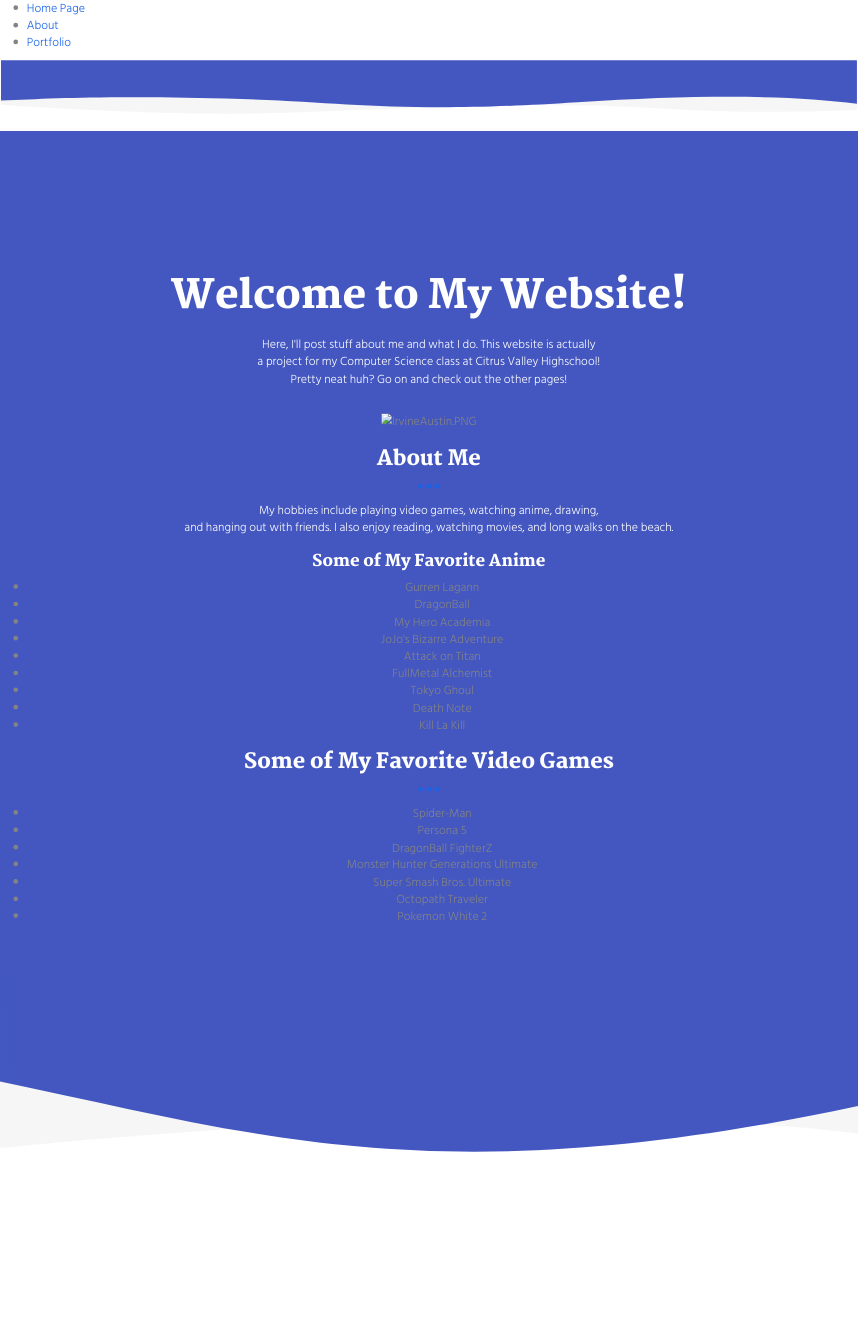
Repository: AustinIrvine02/CharlesX.github.io
Page: index.html
The author's editor kept a record of every edit. The page is drawn from the files as they stood at one moment, then again after the next edit.
The browser window is 1280 px wide. The pictures show the whole page, at 67% of full size.

Above is the page before.

After the next edit:
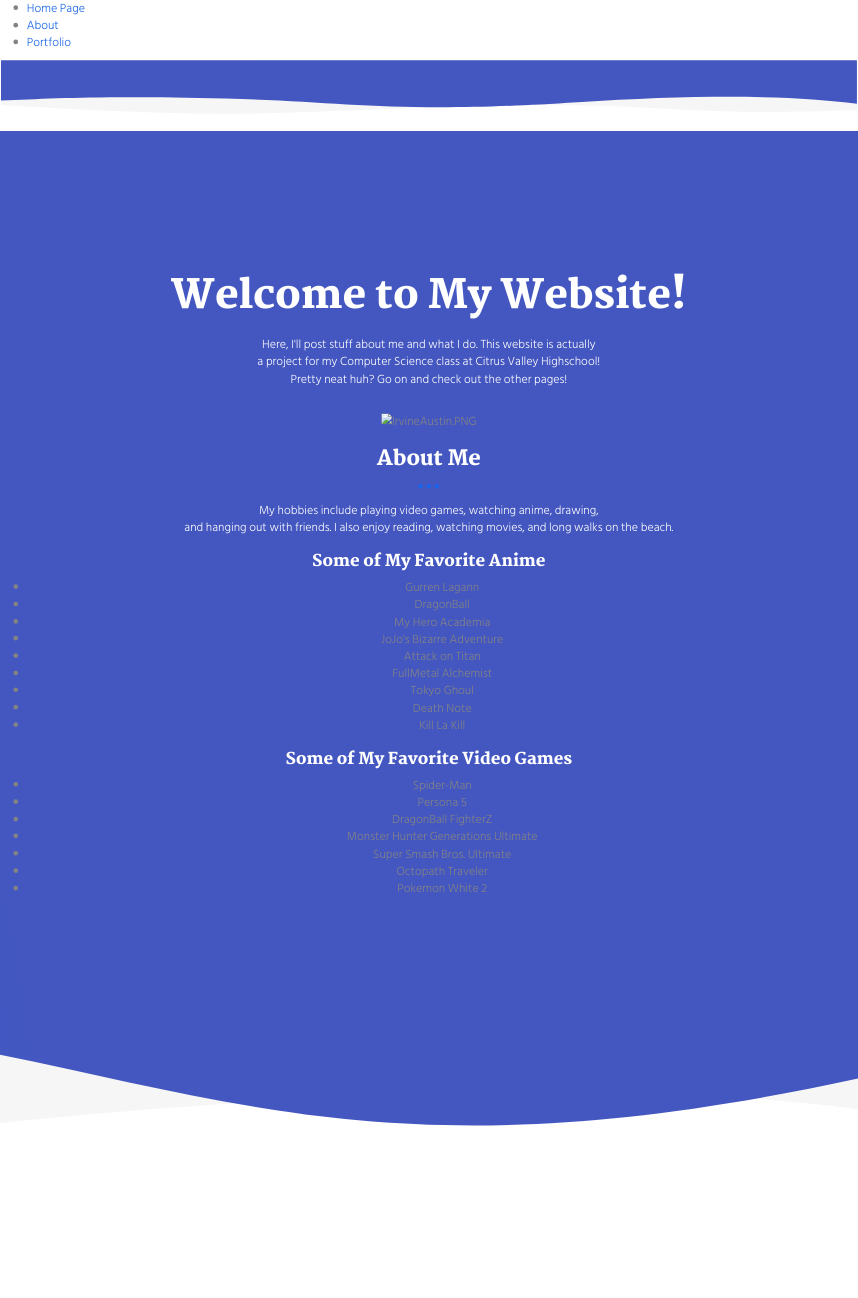
The edit:
--- a/index.html
+++ b/index.html
@@ -84,7 +84,7 @@
           <li> Kill La Kill </li>
       </ul>
 
-    <h2> Some of My Favorite Video Games </h2>
+    <h3> Some of My Favorite Video Games </h3>
 
         <ul>
             <li> Spider-Man </li>
